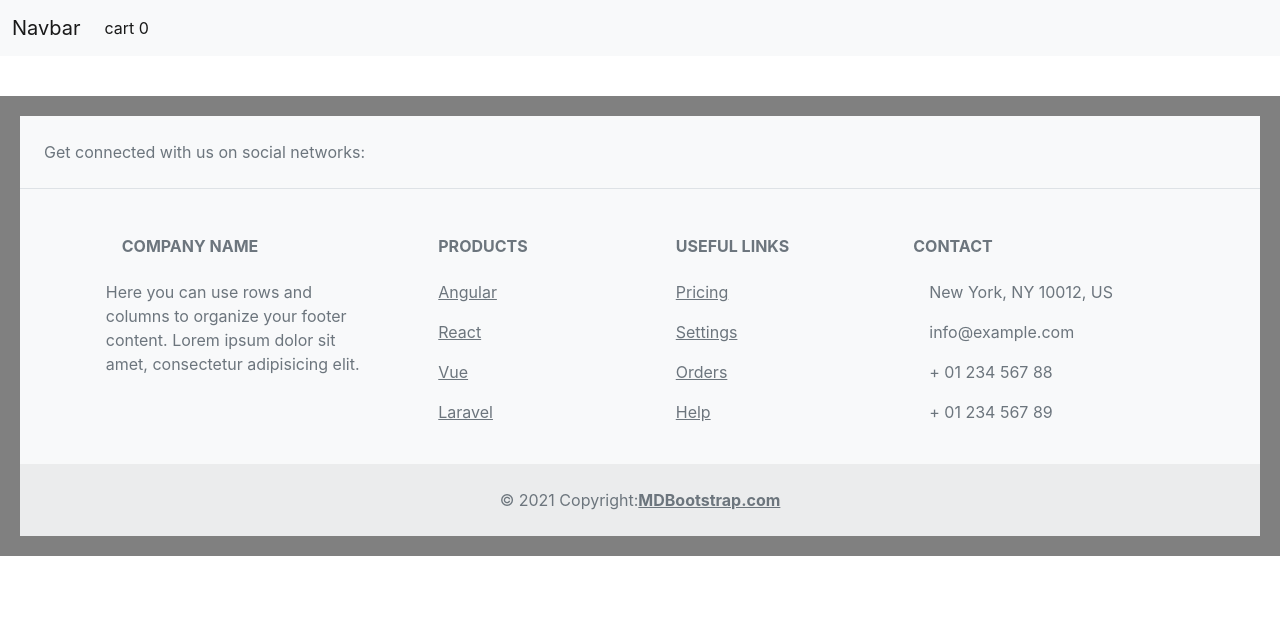
Repository: lausuarez02/eCommerceFull
Page: /#/Product (app in frontEnd/front/)
The author's editor kept a copy of each file at every save. The page is drawn from the files as they stood at one save, then again after a run of saves.
The browser window is 1280 px wide. The pictures show the whole page.
The project was rebuilt for these pictures with package versions that can differ from the ones it lists, and the page was loaded fresh each time. Also part of the build but not shown: frontEnd/front/src/App.css, frontEnd/front/src/components/HomeScreen.js, frontEnd/front/src/components/Card.js.

Above is the page before, as saved 2021-07-15 20:01:12.

After the next 4 saves:
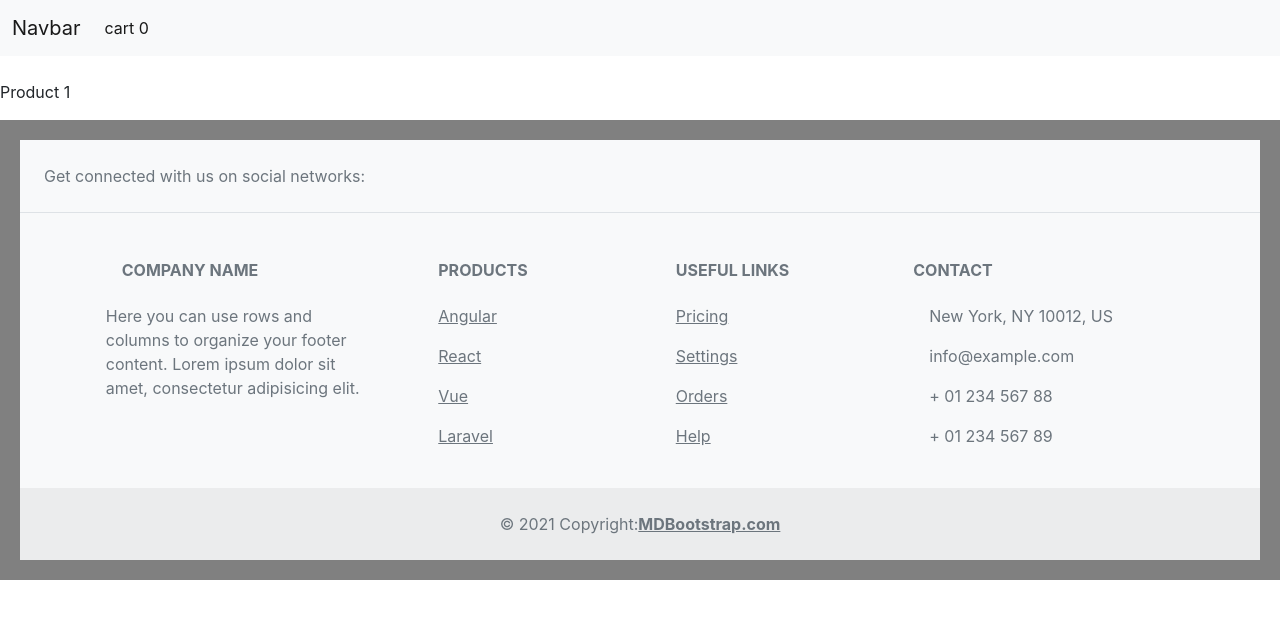
The 4 saves are shown as one change because they came seconds apart.
The last was saved 11 s later.
--- a/frontEnd/front/src/components/Product.js
+++ b/frontEnd/front/src/components/Product.js
@@ -5,6 +5,7 @@ const Product = () => {
               <img src="" alt=""/>
 
               <div>
+                  <p>Product 1</p>
                   <p></p>
               </div>
         </div>
